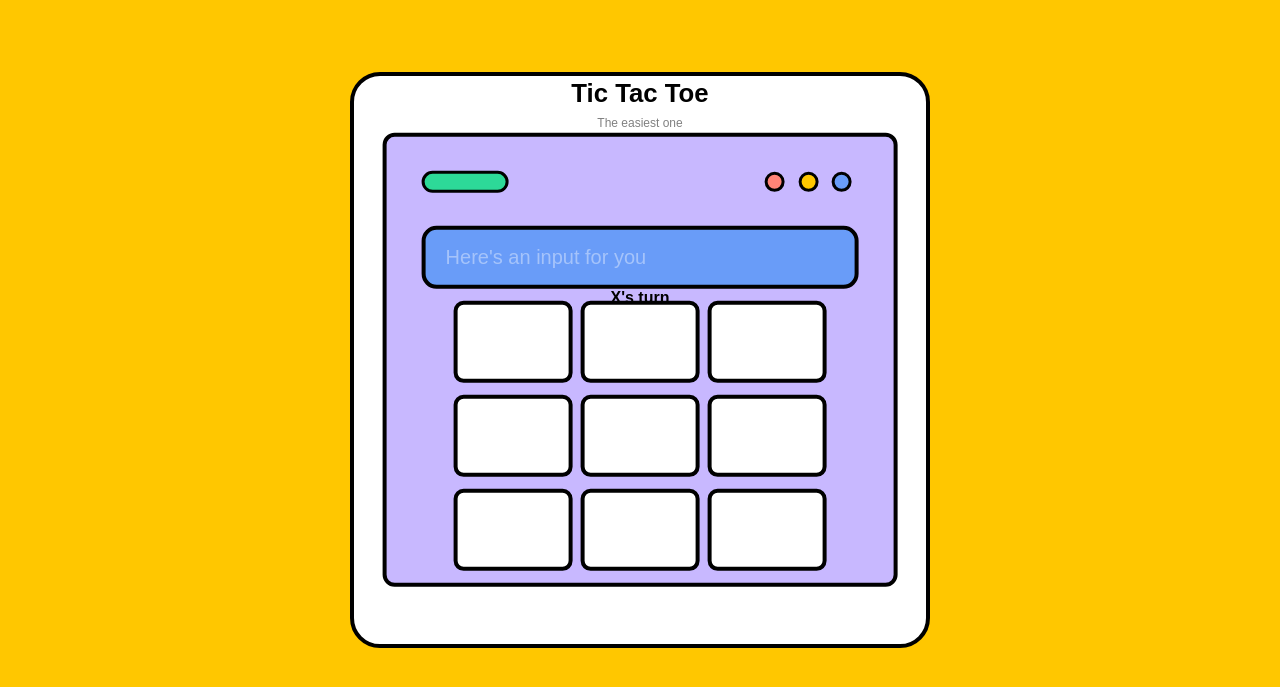
Repository: ThisIsSahaj/Js-Projects
Page: TIcTacToe/index.html
These files come from the project's save history. The page is drawn as it stood at one moment and after the next save; the edit follows.
The browser window is 1280 px wide. The pictures show the whole page.

Above is the page before, as saved 2024-05-04 10:22:57.

### TIcTacToe/index.html
<!DOCTYPE html>
<html lang="en">
<head>
    <meta charset="UTF-8">
    <meta http-equiv="X-UA-Compatible" content="IE=edge">
    <meta name="viewport" content="width=device-width, initial-scale=1.0">
    <title>Tic Tac Toe</title>
    <link rel="stylesheet" href="style.css">
    <link rel="stylesheet" href="https://cdnjs.cloudflare.com/ajax/libs/font-awesome/6.0.0/css/all.min.css" integrity="sha512-9usAa10IRO0HhonpyAIVpjrylPvoDwiPUiKdWk5t3PyolY1cOd4DSE0Ga+ri4AuTroPR5aQvXU9xC6qOPnzFeg==" crossorigin="anonymous" referrerpolicy="no-referrer" />

</head>
<body>


        <div class="phoneUi">

            <div class="notch">
              <h3>Tic Tac Toe</h3>
              <p>The easiest one</p>
            </div>

            <div class="screen" >

                <div class="screenHeader" >

                    <div class="greenBars">

                        <span  style="background-color: #2DD998;"></span>
                        <!-- <span  style="background-color: #FFC700;"></span>
                        <span  style="background-color: #FFC700;"></span> -->
                    </div>

                    <div class="circleDiv">
                       <span  style=" background-color: #FF8477;" ></span>
                       <span  style=" background-color: #FFC700;" ></span>
                       <span  style=" background-color: #699CF8;" ></span>
                    </div>

                </div>

                <div class="inputDiv">
                      <input type="text" placeholder="Here's an input for you" id="input" >
                      <p class="display"></p>
                </div>

                <div class="content scrollbar">
                    <div class="gameBox">
                       <div class="cell"></div>
                       <div class="cell"></div>
                       <div class="cell"></div>
                       <div class="cell"></div>
                       <div class="cell"></div>
                       <div class="cell"></div>
                       <div class="cell"></div>
                       <div class="cell"></div>
                       <div class="cell"></div>
                    </div>
                </div>

            </div>

        </div>
</body>

<script src="script.js"></script>
</html>

### TIcTacToe/style.css
/* COLOR PALETTE */

/*

yellow    #FFC700
red       #FF8477
green     #2DD998
blue      #699CF8
purple    #C8B8FF
orange    #EF4F1E

*/



*{
    margin: 0;
    padding: 0;
    box-sizing: border-box;
    outline: none;
    font-family: 'whyte', Arial, Helvetica, sans-serif;
}

body{
    background-color: #FFC700;
    display: flex;
    flex-wrap: wrap;
}



/* CURSORS */
html{
    cursor: url('/assets/images/PointerBody.png'), auto;
}

 button {
    cursor: url('/assets/images/PointerHover.png'), auto;
}

.notch p, h3, input {
    cursor: url('/assets/images/PointerText.png'), auto;

}





/* PHONE UI */
.phoneUi{
    border: 4px solid black;
    width: 580px;
    height: 80%;
    border-radius: 30px;
    background-color: white;
    position: absolute;
    top: 50%;
    left: 50%;
    transform: translate(-50%,-50%);
    text-align: center;
}

.notch{
    width: 100%;
    height: 10%;
    color: black;
    display: flex;
    flex-direction: column;
    align-items: center;
    justify-content: center;
    font-size: 22px;
    gap: 8px;
}

.notch p {
    color: grey;
    font-size: 12px;
}







/* SCREEN */
.screen{
    width: 90%;
    height: 80%;
    padding: 0px 35px;
    position: absolute;
    top: 50%;
    left: 50%;
    transform: translate(-50%,-50%);
    background-color: #C8B8FF;
    border: 4px solid black;
    color: black;
    border-radius: 12px;
    font-weight: bold;
}

.screenHeader {
    /* border: 2px solid green; */
    display: flex;
    justify-content: space-between;
    align-items: center;
    height: 20%;
}


.greenBars{
    width: 40%;
    display: flex;
    justify-content: start;
    gap: 10px;
}

.greenBars span {
    border-radius: 12px;
    border: 3px solid black;
    width: 50%;
    height: 22px;
 }

.circleDiv {
    display: flex;
    justify-content: space-around;
    width: 100px;
}

.circleDiv span {
    width: 20px;
    height: 20px;
    border-radius: 12px;
    border: 3px solid black;
}





/* INPUT FIELD */

.inputDiv{
    /* border: 2px solid green; */
    height: 14%;
}

input{
    width: 100%;
    height: 100%;
    border-radius: 15px;
    color: black;
    padding: 20px;
    font-size: 20px;
    background-color: #699CF8;
    border: 4px solid black;
}
::placeholder {
    color: white;
    opacity: 0.4;
  }





/* MAIN CONTENT */
.content{
    /* border: 2px solid green; */
    width: 100%;
    overflow: auto;
    height: 66%;
    padding: 0px 10px;
}

.gameBox{
    width: 100%;
    height: 100%;
    /* border: 2px solid green; */
    padding: 10px;
    display: flex;
    justify-content: center;
    align-items: center;
    flex-wrap: wrap;
    gap: 8px;

}
.cell{
    width: 30%;
    height: 30%;
    border: 4px solid black;
    background-color: white;
    border-radius: 10px;
    font-size: 90px;
    display: flex;
    justify-content: center;
    align-items: center;
    font-family: cursive
}





/* SCROLLBAR */
.scrollbar::-webkit-scrollbar {
    width: 12px;
}

.scrollbar::-webkit-scrollbar-track {
    background-color: transparent;
    border-radius: 8px;
}

.scrollbar::-webkit-scrollbar-thumb {
    background-color: white;
    border: 2px solid black;
    border-radius: 8px;
}






/* CLASSES HANDLED BY JS */

.error{
    animation: shake 0.1s linear 4;
}
@keyframes shake {
    0%{
        transform: translateX(0);
    }
    25%{
        transform: translateX(-2px);
    }
    50%{
        transform: translateX(0);
    }
    75%{
        transform: translateX(2px);
    }
    100%{
        transform: translateX(0);
    }
}






/* RESPONSIVE  */


@media (max-width: 648px)
{
    .phoneUi{
        width: 440px;
    }

}


@media (max-width: 475px)
{
    .screen{
        padding: 0px 10px;
    }
    .phoneUi{
        width: 340px;
    }
    .notch{
        font-size: 18px;
    }
    .notch p {
        color: grey;
        font-size: 10px;
    }

}

@media (max-height: 500px)
{
    .notch h3 {
        font-size: 14px;
    }
}

### TIcTacToe/script.js
const cells = document.querySelectorAll('.cell');
const display = document.querySelector('.display');

let xTurn = true;
display.innerText = "X's turn"

const winCombinations = [
    [0, 1, 2],
    [0, 3, 6],
    [0, 4, 8],
    [1, 4, 7],
    [2, 5, 8],
    [2, 4, 6],
    [3, 4, 5],
    [6, 7, 8],
];

const handleClick = (cell) => {
    // console.log('clicked');
    if (xTurn) {
        cell.innerText = 'X';
        display.innerText = "O's turn"
        xTurn = false;
    }
    else{
        cell.innerText = 'O';
        display.innerText = "X's turn"
        xTurn = true;

    }

}


cells.forEach((cell)=>{
    cell.addEventListener('click', () => {
        handleClick(cell);
    });
})

After the next save:
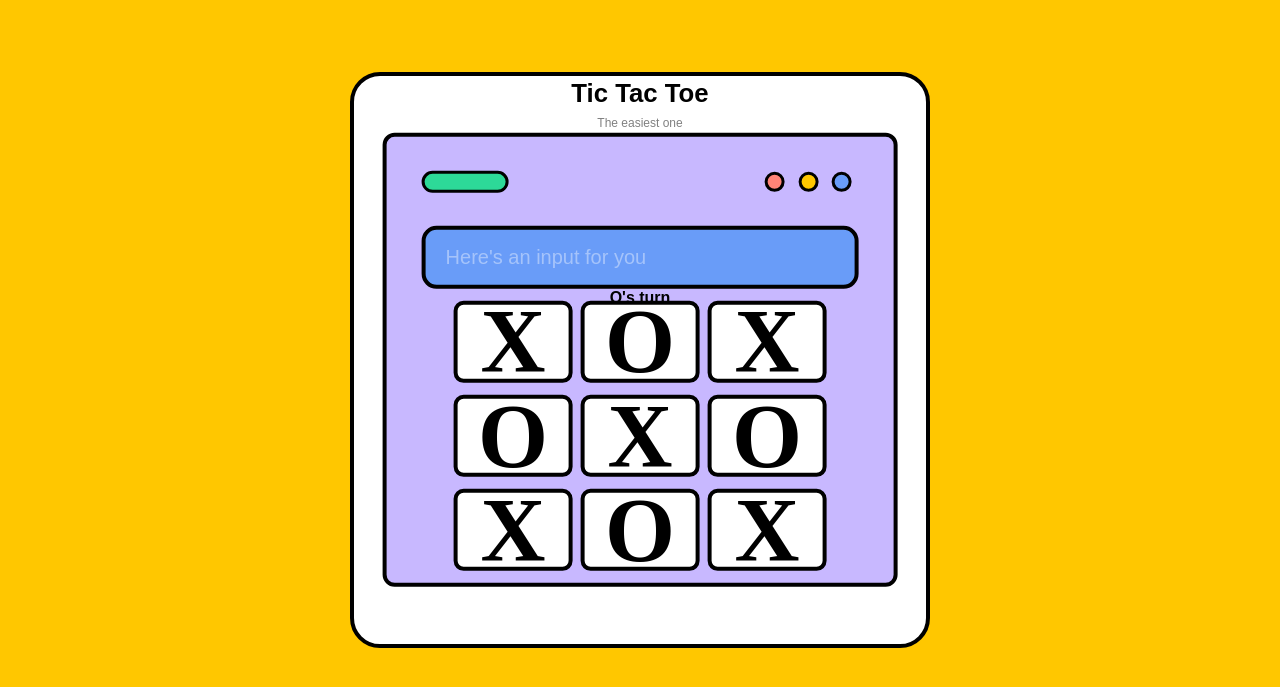
Saved 31 s later.
--- a/TIcTacToe/script.js
+++ b/TIcTacToe/script.js
@@ -33,7 +33,8 @@
 
 
 cells.forEach((cell)=>{
-    cell.addEventListener('click', () => {
-        handleClick(cell);
-    });
+    cell.addEventListener('click',
+        handleClick(cell),
+        {once:true}
+    )
 })

After the save that followed:
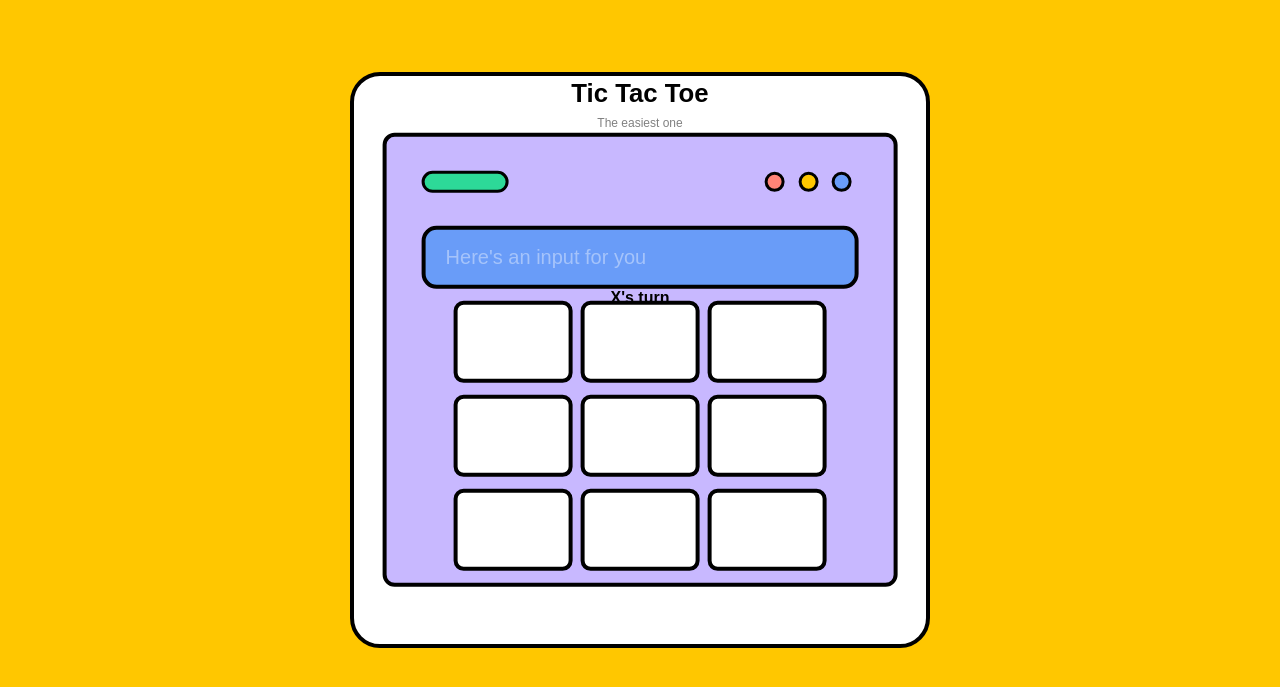
Saved 49 s later.
--- a/TIcTacToe/script.js
+++ b/TIcTacToe/script.js
@@ -34,7 +34,7 @@
 
 cells.forEach((cell)=>{
     cell.addEventListener('click',
-        handleClick(cell),
+        handleClick,
         {once:true}
     )
 })
